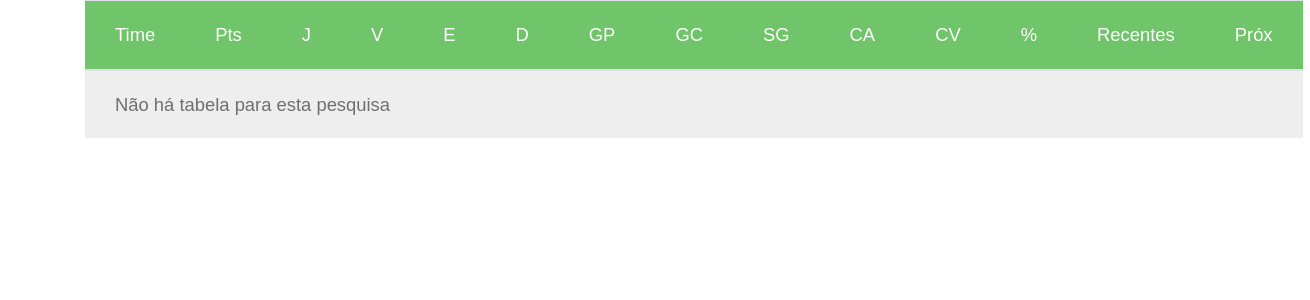
Repository: danielvieira7/campeonato-brasileiro-embed
Page: index.html
These files come from the project's save history. The page is drawn as it stood at one moment and after the next save; the edit follows.
The browser window is 1280 px wide. The page is 1310 px wide, so the pictures cover 1310 px, including what lies to the right of the window. The pictures show the whole page.
The page's requests for data from a server got no answer. Some web libraries are served in a nearby version.

Above is the page before, as saved 2021-02-12 00:26:27.

### index.html
<!doctype html>
<html lang="en">
<head>
    <title>Tabela do Campeonato Brasileiro</title>
    <!-- Required meta tags -->
    <meta charset="utf-8">
    <meta name="viewport" content="width=device-width, initial-scale=1, shrink-to-fit=no">

    <!-- Bootstrap CSS -->
    <link rel="stylesheet" href="https://stackpath.bootstrapcdn.com/bootstrap/4.3.1/css/bootstrap.min.css" integrity="sha384-ggOyR0iXCbMQv3Xipma34MD+dH/1fQ784/j6cY/iJTQUOhcWr7x9JvoRxT2MZw1T" crossorigin="anonymous">
    <!-- <link rel="stylesheet" href="//cdn.datatables.net/1.10.23/css/jquery.dataTables.min.css"> -->
    <link rel="stylesheet" href="style-light-green.css">
</head>
<body>

    <div class="container">
        <table class="table" id="tabela-campeonato-brasileiro">
            <thead>
                <tr>
                    <th>Time</th>
                    <th>Pts</th>
                    <th>J</th>
                    <th>V</th>
                    <th>E</th>
                    <th>D</th>
                    <th>GP</th>
                    <th>GC</th>
                    <th>SG</th>
                    <th>CA</th>
                    <th>CV</th>
                    <th>%</th>
                    <th>Recentes</th>
                    <th>Próx</th>
                </tr>
            </thead>
            <tbody>
                <tr>
                    <td scope="row"></td>
                    <td></td>
                    <td></td>
                    <td></td>
                    <td></td>
                    <td></td>
                    <td></td>
                    <td></td>
                    <td></td>
                    <td></td>
                    <td></td>
                    <td></td>
                    <td></td>
                    <td></td>
                </tr>
            </tbody>
        </table>
    </div>

    <!-- Optional JavaScript -->
    <!-- jQuery first, then Popper.js, then Bootstrap JS -->
    <script src='https://cdnjs.cloudflare.com/ajax/libs/jquery/3.5.1/jquery.min.js' integrity='sha512-bLT0Qm9VnAYZDflyKcBaQ2gg0hSYNQrJ8RilYldYQ1FxQYoCLtUjuuRuZo+fjqhx/qtq/1itJ0C2ejDxltZVFg==' crossorigin='anonymous'></script>

    <script src="https://cdnjs.cloudflare.com/ajax/libs/popper.js/1.14.7/umd/popper.min.js" integrity="sha384-UO2eT0CpHqdSJQ6hJty5KVphtPhzWj9WO1clHTMGa3JDZwrnQq4sF86dIHNDz0W1" crossorigin="anonymous"></script>
    <script src="https://stackpath.bootstrapcdn.com/bootstrap/4.3.1/js/bootstrap.min.js" integrity="sha384-JjSmVgyd0p3pXB1rRibZUAYoIIy6OrQ6VrjIEaFf/nJGzIxFDsf4x0xIM+B07jRM" crossorigin="anonymous"></script>
    <script src="//cdn.datatables.net/1.10.23/js/jquery.dataTables.min.js"></script>
    <script src="app.js"></script>
</body>
</html>

### style-light-green.css
/* CSS by: https://codepen.io/njessen/pen/naLCv */
.table {
    display: block;
    font-family: sans-serif;
    -webkit-font-smoothing: antialiased;
    font-size: 115%;
    overflow: auto;
}
.table th {
    background-color: #70c469;
    color: white;
    font-weight: normal;
    padding: 20px 30px;
    text-align: center;
}
.table td {
    background-color: #eeeeee;
    color: #6f6f6f;
    padding: 20px 30px;
}

### app.js
var tabelaCampeonatoBrasileiro

$(function () {


    var options = {
        "searching": false,
        "paging": false,
        "info": false,
        "ajax": "https://danielvieira7.github.io/campeonato-brasileiro-json-api/campeonato-brasileiro.json",
        // "ajax": "json.json",
        "dom": '<"top"if>rt<"bottom"><"clear">',
        "language": { "emptyTable": "Não há tabela para esta pesquisa",
            "sInfo": "Exibindo um total de _TOTAL_ times.",
            "sInfoEmpty": "",
            "search": "Pesquisar: ",
            "infoFiltered": "",
            "sZeroRecords": "Não há tabela para esta pesquisa",},
        columns: [
            {"data": "nome"},
            {"data": "pontos"},
            {"data": "jogos"},
            {"data": "vitorias"},
            {"data": "empates"},
            {"data": "derrotas"},
            {"data": "gols_pro"},
            {"data": "gols_contra"},
            {"data": "saldo_gols"},
            {"data": "cartoes_amarelo"},
            {"data": "cartoes_vermelhos"},
            {"data": "aproveitamento"},
            {"data": "recentes"},
            {"data": "proximo_adversario"},
        ],
        columnDefs:[
            { "targets": 0, "width": "5%", "className": "dt-center"},
            { "targets": 1, "width": "5%", "className": "dt-center"},
            { "targets": 2, "width": "5%", "className": "dt-center"},
            { "targets": 3, "width": "5%", "className": "dt-center"},
            { "targets": 4, "width": "5%", "className": "dt-center"},
            { "targets": 5, "width": "5%", "className": "dt-center"},
            { "targets": 6, "width": "5%", "className": "dt-center"},
            { "targets": 7, "width": "5%", "className": "dt-center"},
            { "targets": 8, "width": "5%", "className": "dt-center"},
            { "targets": 9, "width": "5%", "className": "dt-center"},
            { "targets": 10, "width": "5%", "className": "dt-center"},
            { "targets": 11, "width": "5%", "className": "dt-center"},
            { "targets": 12, "width": "5%", "className": "dt-center"},
            { "targets": 13, "width": "5%", "className": "dt-center"},
        ],
        "order": [[ 1, "desc" ]],
        "pageLength": 25
    }

    tabelaCampeonatoBrasileiro = $("#tabela-campeonato-brasileiro").DataTable(options)

})

After the next save:
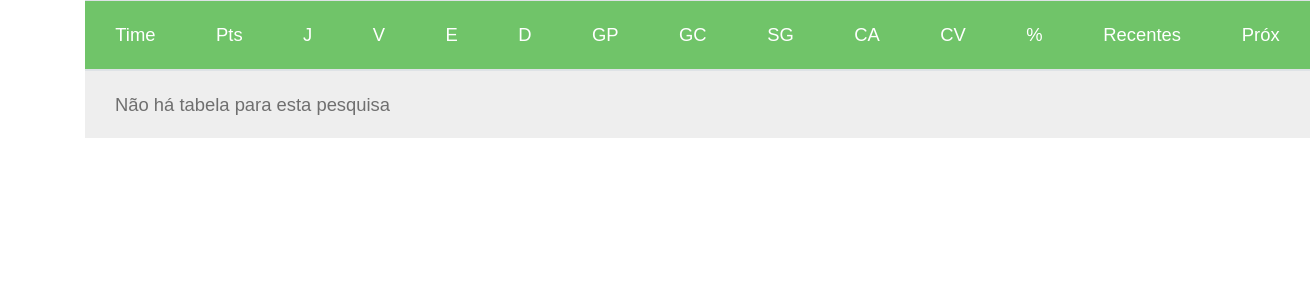
Saved 8 s later.
--- a/style-light-green.css
+++ b/style-light-green.css
@@ -1,10 +1,8 @@
 /* CSS by: https://codepen.io/njessen/pen/naLCv */
 .table {
-    display: block;
     font-family: sans-serif;
     -webkit-font-smoothing: antialiased;
     font-size: 115%;
-    overflow: auto;
 }
 .table th {
     background-color: #70c469;
